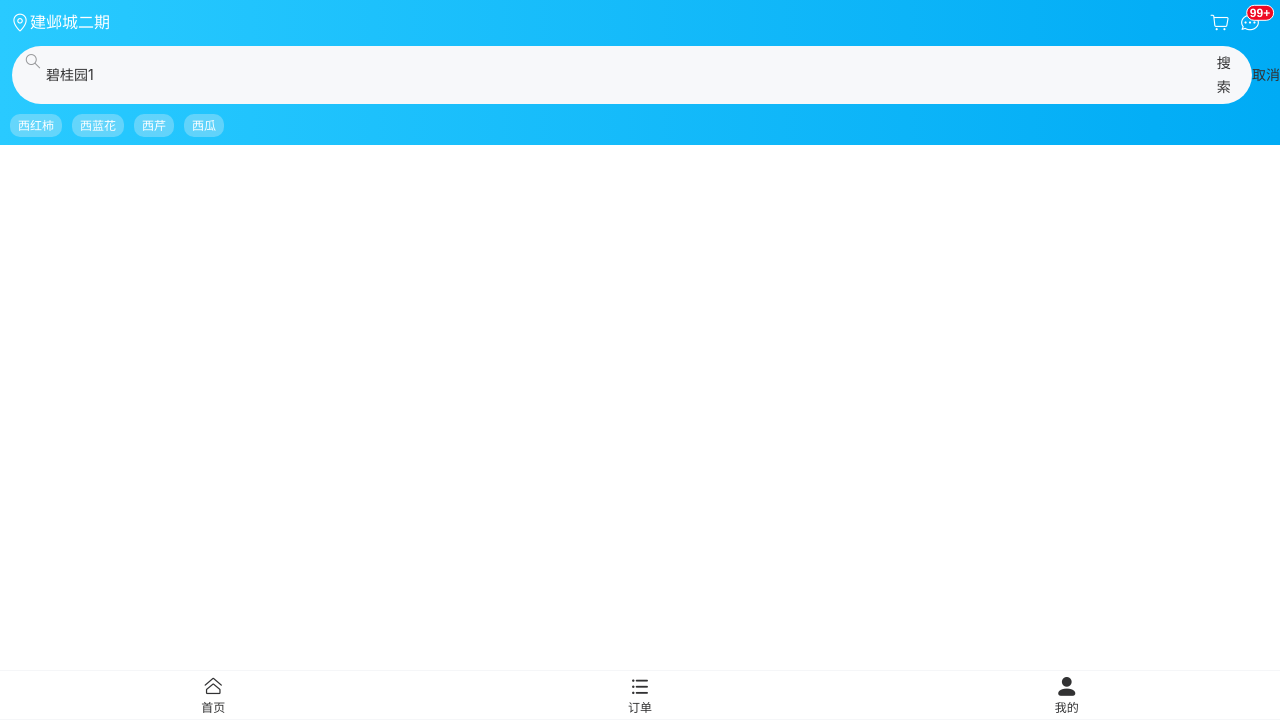
Repository: AhriLovePeach/elm-h5
Page: /
The author's editor kept a copy of each file at every save. The page is drawn from the files as they stood at one save, then again after the next save.
The browser window is 1280 px wide. The pictures show the whole page.
The page's requests for data from a server got no answer. The project was rebuilt for these pictures with package versions that can differ from the ones it lists, and the page was loaded fresh each time. No one was signed in, and anything a server would have sent is missing. Also part of the build but not shown: src/components/HelloWorld.vue, src/components/WelcomeItem.vue, src/components/icons/IconDocumentation.vue, src/components/icons/IconTooling.vue, src/components/icons/IconEcosystem.vue, src/components/icons/IconCommunity.vue, src/components/icons/IconSupport.vue, src/components/TheWelcome.vue and 1 more. Imported but missing from the stored project, and not drawn on this page: src/views/tabs/order/OrderView.vue.

Above is the page before, as saved 2025-04-06 15:17:56.

After the next save:
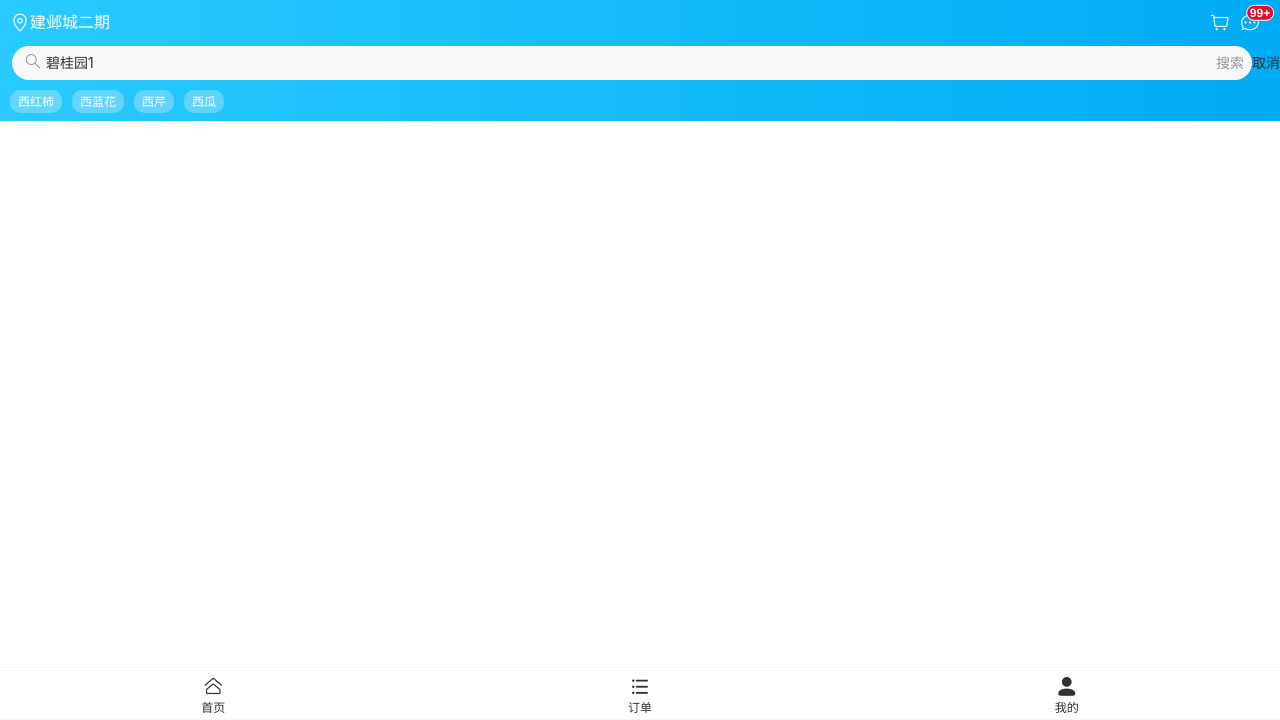
Saved 69 s later.
--- a/src/components/OpSearch.vue
+++ b/src/components/OpSearch.vue
@@ -161,18 +161,18 @@ const onClear = () => {
     &__body {
         display: flex;
         align-items: center;
+    }
 
-        &__right-icon {
-            color: var(--van-field-right-icon-color);
-            padding: 0var(--van-padding-xs);
-            line-height: inherit;
-            flex-shrink: 0;
+    &__right-icon {
+        color: var(--van-field-right-icon-color);
+        padding: 0var(--van-padding-xs);
+        line-height: inherit;
+        flex-shrink: 0;
 
-            &__clear {
-                color: var(--van-field-clear-icon-color);
-                font-size: var(--van-field-clear-icon-size) !important;
-                cursor: pointer;
-            }
+        &__clear {
+            color: var(--van-field-clear-icon-color);
+            font-size: var(--van-field-clear-icon-size) !important;
+            cursor: pointer;
         }
     }
 }
